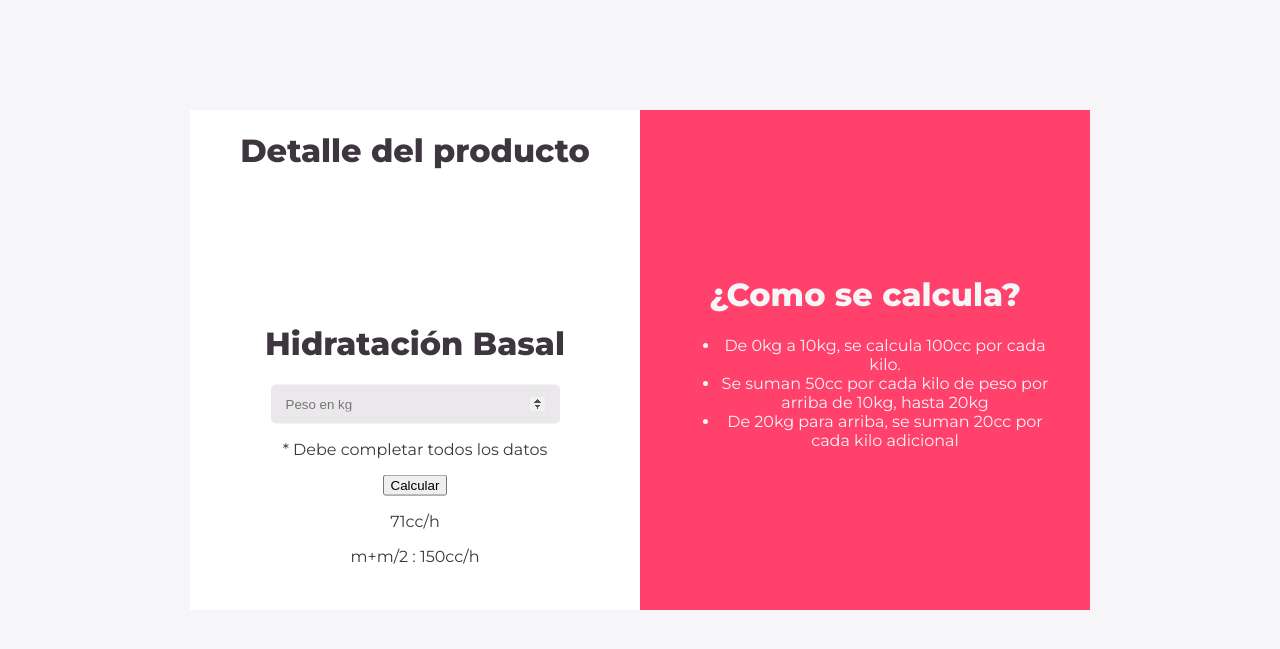
Repository: Fredy452/calculadora_basal
Page: index.html
The author's editor kept a copy of each file at every save. The page is drawn from the files as they stood at one save, then again after the next save.
The browser window is 1280 px wide. The pictures show the whole page.
The pointer rests on the first visible `input`.

Above is the page before, as saved 2023-04-21 07:56:27.

### index.html
<!DOCTYPE html>
<html lang="en">
<head>
    <meta charset="UTF-8">
    <meta http-equiv="X-UA-Compatible" content="IE=edge">
    <meta name="viewport" content="width=device-width, initial-scale=1.0">
    <title>Calculadora de hidratación</title>
    <link rel="stylesheet" href="style.css">
</head>
<body>
    <div id="contenedor">
        <div id="calculadora">
            <h1>Detalle del producto</h1>
            <div class="contenido">
                <h1>Hidratación Basal</h1>
                <input type="number" name="peso" id="peso" placeholder="Peso en kg">
                <p>* Debe completar todos los datos</p>
                <button>Calcular</button>
                <p>71cc/h</p>
                <p>m+m/2 : 150cc/h</p>
            </div>
        </div>
        <div id="detalle">
            <div class="contenido">
                <h1>¿Como se calcula?</h1>
                <ul>
                    <li>De 0kg a 10kg, se calcula 100cc por cada kilo.</li>
                    <li>Se suman 50cc por cada kilo de peso por arriba de 10kg, hasta 20kg</li>
                    <li>De 20kg para arriba, se suman 20cc por cada kilo adicional</li>
                </ul>
            </div>
        </div>
    </div>
</body>
</html>

### style.css
@import url('https://fonts.googleapis.com/css?family=Montserrat:400,800');

body{
    font-family: 'Montserrat', sans-serif;
    background: #f6f5f7;
    color: #3E363F;
}
#contenedor{
    width: 900px;
    height: 500px;
    position: absolute;
    text-align: center;
    inset: 0;
    margin: auto;
}
#calculadora{
    background: white;
    width: 50%;
    height: 100%;
    float: left;
}
#detalle{
    background: #FF416C;
    width: 50%;
    height: 100%;
    float: left;
    color: #f6f5f7;
}
.contenido{
    /* Centrando el contenido de los divs */
    position: relative;
    top: 50%;
    transform: translateY(-50%);
    overflow: hidden;
    padding: 40px;
}
input{
    width: 70%;
    padding: 12px 15px;
    border: none;
    background-color: #eee;
    outline: none;
    border-radius: 5px;
}
input:hover{
    background-color:#ebe8eb;
}

After the next save:
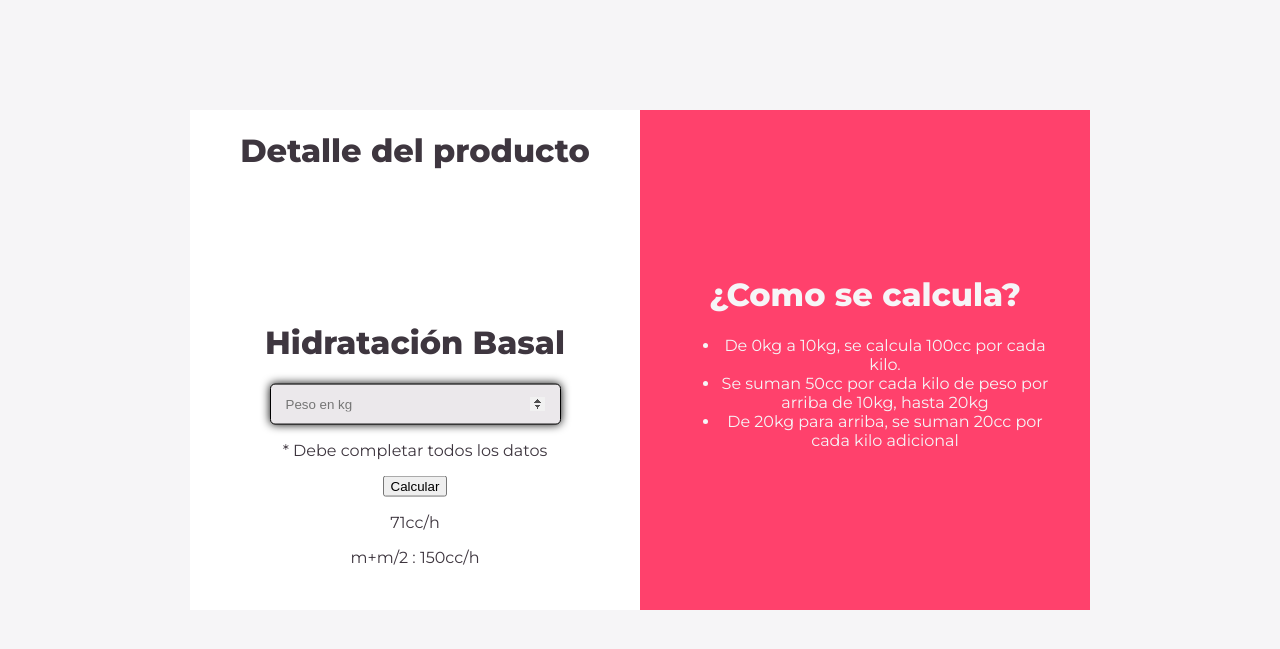
Saved 60 s later.
--- a/style.css
+++ b/style.css
@@ -44,4 +44,6 @@ input{
 }
 input:hover{
     background-color:#ebe8eb;
+    border: 1px solid black;
+    box-shadow: 0 0 10px black;
 }
